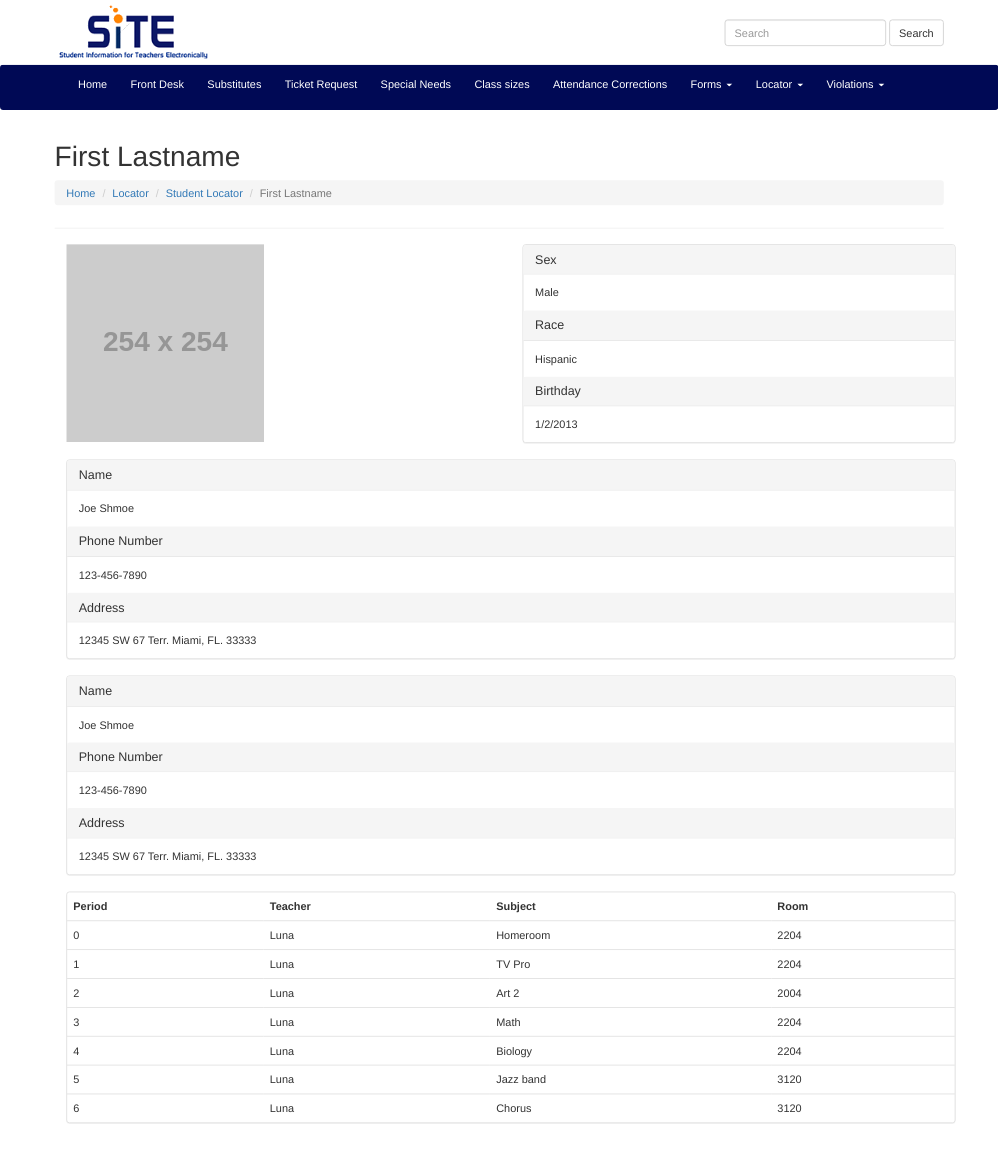
Repository: theFeez/S.I.T.E.
Page: workspace/student.html
The author's editor kept a record of every edit. The page is drawn from the files as they stood at one moment, then again after the next edit.
The browser window is 1280 px wide. The pictures show the whole page, at 78% of full size.
Some web libraries are served in a nearby version.

Above is the page before.

### workspace/student.html
<!DOCTYPE html>
<html lang="en">

<head>
  <meta charset="utf-8">
  <meta http-equiv="X-UA-Compatible" content="IE=edge">
  <meta name="viewport" content="width=device-width, initial-scale=1">
  <title>S.I.T.E</title>

  <!-- Bootstrap -->
  <link href="css/bootstrap.css" rel="stylesheet">

  <!--[if lt IE 9]>
      <script src="https://oss.maxcdn.com/html5shiv/3.7.2/html5shiv.min.js"></script>
      <script src="https://oss.maxcdn.com/respond/1.4.2/respond.min.js"></script>
    <![endif]-->
</head>

<body>
  <!-- Static header -->
  <div id="header">
    <nav class="navbar navbar-default navbar-white navbar-static-top">
      <div class="container">
        <div class="navbar-header">
          <a class="navbar-left" img="#"><img alt="Logo" src="images/site.png" class="logo"></a>
        </div>
        <form class="navbar-form navbar-right" role="search">
          <div class="form-group">
            <input type="text" class="form-control" placeholder="Search">
          </div>
          <button type="submit" class="btn btn-default">Search</button>
        </form>
      </div>
    </nav>
  </div>
  <div id="fixed">

  </div>
  <!-- Static navbar -->
  <nav class="navbar navbar-default nav_bar" style="margin-bottom:0">
    <div class="container">
      <div class="navbar-header">
        <button type="button" class="navbar-toggle collapsed" data-toggle="collapse" data-target="#bs-example-navbar-collapse-1" aria-expanded="false">
          <span class="sr-only">Toggle navigation</span>
          <span class="icon-bar"></span>
          <span class="icon-bar"></span>
          <span class="icon-bar"></span>
        </button>
        <div class="collapse navbar-collapse" id="bs-example-navbar-collapse-1">
          <ul class="nav navbar-nav">
            <!--HOME ACTIVE BTN--->
            <li><a href="main.html">Home </a></li>


            <!-- FRONT DESK BTN--->
            <li><a href="front_desk.html">Front Desk<span class="sr-only">(current)</span></a></li>

            <!-- SUBSTITUTE BTN--->
            <li><a href="substitutes.html">Substitutes</a></li>

            <!-- TICKET REQUEST BTN--->
            <li><a href="ticket_request.html">Ticket Request</a></li>

            <!-- SPECIAL NEEDS BTN--->
            <li><a href="special_needs.html">Special Needs</a></li>

            <!-- CLASS SIZE BTN--->
            <li><a href="class_sizes.html">Class sizes</a></li>

            <!-- ATTENDANCE CORRECTIONS BTN--->
            <li><a href="attendance_corrections.html">Attendance Corrections</a></li>

            <!-- FORMS DROPDOWN--->
            <li class="dropdown">
              <a href="#" class="dropdown-toggle" data-toggle="dropdown" role="button" aria-haspopup="true" aria-expanded="false">Forms <span class="caret"></span></a>
              <ul class="dropdown-menu">
                <li><a href="fieldtrip.html">Fieldtrip</a></li>
                <li><a href="prom_release.html">Prom Release</a></li>
                <li><a href="audit.html">Audit</a></li>
                <li role="separator" class="divider"></li>
                <li><a href="miscellaneous.html">Miscellaneous</a></li>
              </ul>

              <!-- FORMS DROPDOWN--->
              <li class="dropdown">
                <a href="#" class="dropdown-toggle" data-toggle="dropdown" role="button" aria-haspopup="true" aria-expanded="false">Locator <span class="caret"></span></a>
                <ul class="dropdown-menu">
                  <li><a href="student_locator.html">Student Locator</a></li>
                  <li><a href="teacher_locator.html">Teacher Locator</a></li>
                </ul>
              </li>
            <!-- VIOLATIONS BTN--->
              <li class="dropdown">
                <a href="#" class="dropdown-toggle" data-toggle="dropdown" role="button" aria-haspopup="true" aria-expanded="false">Violations <span class="caret"></span></a>
                <ul class="dropdown-menu">
                  <li><a href="uniform_violation.html">Uniform Violation</a></li>
                  <li><a href="detention.html">Detention</a></li>
                  <li><a href="suspension.html">Suspension</a></li>
                </ul>
              </li>
          </ul>
        </div>
      </div>
    </div>
  </nav>

  <div class="container">
    <div class="page-header">
      <h1>First Lastname</h1>
      <ol class="breadcrumb">
        <li><a href="#">Home</a></li>
        <li><a href="#">Locator</a></li>
        <li><a href="#">Student Locator</a></li>
        <li class="active">First Lastname</li>
      </ol>
    </div>
    <div class="container">
      <div class="row">
        <div class="col-xs-6">
          <img src="https://placehold.it/254x254">
        </div>
        <div class="col-xs-6">
            <div class="panel panel-default">
              <div class="panel-heading">
                <h3 class="panel-title">Sex</h3>
              </div>
              <div class="panel-body">
                Male
              </div>
              <div class="panel-heading">
                <h3 class="panel-title">Race</h3>
              </div>
              <div class="panel-body">
                Hispanic
              </div>
              <div class="panel-heading">
                <h3 class="panel-title">Birthday</h3>
              </div>
              <div class="panel-body">
                1/2/2013
              </div>
            </div>
          </div>
          <div class="col-xs-6 col-sm-4">

        </div>

      </div> <!---End of Row 1-->

      <div class="row">
        <div class="col-md-12">
            <div class="panel panel-default">
              <div class="panel-heading">
                <h3 class="panel-title">Name</h3>
              </div>
              <div class="panel-body">
                Joe Shmoe
              </div>
              <div class="panel-heading">
                <h3 class="panel-title">Phone Number</h3>
              </div>
              <div class="panel-body">
                123-456-7890
              </div>
              <div class="panel-heading">
                <h3 class="panel-title">Address</h3>
              </div>
              <div class="panel-body">
                12345 SW 67 Terr. Miami, FL. 33333
              </div>
            </div>
          </div>
          <div class="col-xs-6 col-sm-4">

        </div>

      </div> <!--- End of Row2 -->

      <div class="row">
        <div class="col-md-12">
            <div class="panel panel-default">
              <div class="panel-heading">
                <h3 class="panel-title">Name</h3>
              </div>
              <div class="panel-body">
                Joe Shmoe
              </div>
              <div class="panel-heading">
                <h3 class="panel-title">Phone Number</h3>
              </div>
              <div class="panel-body">
                123-456-7890
              </div>
              <div class="panel-heading">
                <h3 class="panel-title">Address</h3>
              </div>
              <div class="panel-body">
                12345 SW 67 Terr. Miami, FL. 33333
              </div>
            </div>
          </div>
          <div class="col-xs-6 col-sm-4">

        </div>

      </div> <!--- End of Row2 -->

      <div class="panel panel-default">
  <!-- Default panel contents -->

  <!-- Table -->
  <table class="table">
    <tr>
    <th>Period</th>
    <th>Teacher</th>
    <th>Subject</th>
    <th>Room</th>
  </tr>
  <tr>
    <td>0</td>
    <td>Luna</td>
    <td>Homeroom</td>
    <td>2204</td>
  </tr>
  <tr>
    <td>1</td>
    <td>Luna</td>
    <td>TV Pro</td>
    <td>2204</td>
  </tr>
  <tr>
    <td>2</td>
    <td>Luna</td>
    <td>Art 2</td>
    <td>2004</td>
  </tr>
  <tr>
    <td>3</td>
    <td>Luna</td>
    <td>Math</td>
    <td>2204</td>
  </tr>
  <tr>
    <td>4</td>
    <td>Luna</td>
    <td>Biology</td>
    <td>2204</td>
  </tr>
  <tr>
    <td>5</td>
    <td>Luna</td>
    <td>Jazz band</td>
    <td>3120</td>
  </tr>
  <tr>
    <td>6</td>
    <td>Luna</td>
    <td>Chorus</td>
    <td>3120</td>
  </tr>
  </table>
</div>

    </div>

  <!-- jQuery (necessary for Bootstrap's JavaScript plugins) -->
  <script src="https://ajax.googleapis.com/ajax/libs/jquery/1.11.3/jquery.min.js"></script>
  <script src="script.js"></script>
  <!-- Include all compiled plugins (below), or include individual files as needed -->
  <script src="js/bootstrap.min.js"></script>
</body>
</html>

### workspace/script.js
    $(function () {
		function closeSearch() {
            var $form = $('.navbar-collapse form[role="search"].active')
    		$form.find('input').val('');
			$form.removeClass('active');
		}

		// Show Search if form is not active // event.preventDefault() is important, this prevents the form from submitting
		$(document).on('click', '.navbar-collapse form[role="search"]:not(.active) button[type="submit"]', function(event) {
			event.preventDefault();
			var $form = $(this).closest('form'),
				$input = $form.find('input');
			$form.addClass('active');
			$input.focus();
		});
		// ONLY FOR DEMO // Please use $('form').submit(function(event)) to track from submission
		// if your form is ajax remember to call `closeSearch()` to close the search container
		$(document).on('click', '.navbar-collapse form[role="search"].active button[type="submit"]', function(event) {
			event.preventDefault();
			var $form = $(this).closest('form'),
				$input = $form.find('input');
			$('#showSearchTerm').text($input.val());
            closeSearch()
		});
    });

    // fixes the navbar thing to stick to top
    $(document).ready(function() {
  $(window).scroll(function () {

      //if you hard code, then use console
      //.log to determine when you want the
      //nav bar to stick.
    if ($(window).scrollTop() > 71) {
    	$('#fixed').show();
      $('.nav_bar').addClass('navbar-fixed-top');
    }

    if ($(window).scrollTop() < 71) {
    	$('#fixed').hide();
      $('.nav_bar').removeClass('navbar-fixed-top');
    }
  });
});


//smooth scroll to top
$("#homebtn").click(function() {
    $('html, body').animate({
        scrollTop: $("#header").offset().top
    }, 500);
});

//promt for password to exsit front desk kiosk
function passWord() {
var testV = 1;
var pass1 = prompt('Please Enter The Password',' ');
while (testV < 2) {
if (!pass1)
window.open("front_desk.html","_self");
if (pass1.toLowerCase() == "admin") {
window.open("main.html","_self");
break;
}
testV+=1;
var pass1 =
prompt('Access Denied - Password Incorrect, Please Try Again.','Password');
}
if (pass1.toLowerCase()!="password" & testV ==3)
history.go(-1);
return " ";
}

//for PTSA Page
var tabbed ="shop";
$("#donate").click(function(){
    $("#shopbody").hide();
    $("#paybody").hide();
    $("#"+tabbed).removeClass('active');
    $("#donate").addClass('active');
    $("#donatebody").show();
    tabbed="donate";
});

$("#payment").click(function(){
    $("#shopbody").hide();
    $("#donatebody").hide();
    $("#"+tabbed).removeClass('active');
    $("#payment").addClass('active');
    $("#paybody").show();
    tabbed="payment";
});

$("#shop").click(function(){
    $("#donatebody").hide();
    $("#paybody").hide();
    $("#"+tabbed).removeClass('active');
    $("#shopbody").show();
    $("#shop").addClass('active');
    tabbed="shop";
});

 function paygood(){
    $("#paybanner").fadeIn(1000).delay(2000).fadeOut(3000);
}

Loaded but not shown: workspace/css/bootstrap.css (library); workspace/js/bootstrap.min.js (library)

After the next edit:
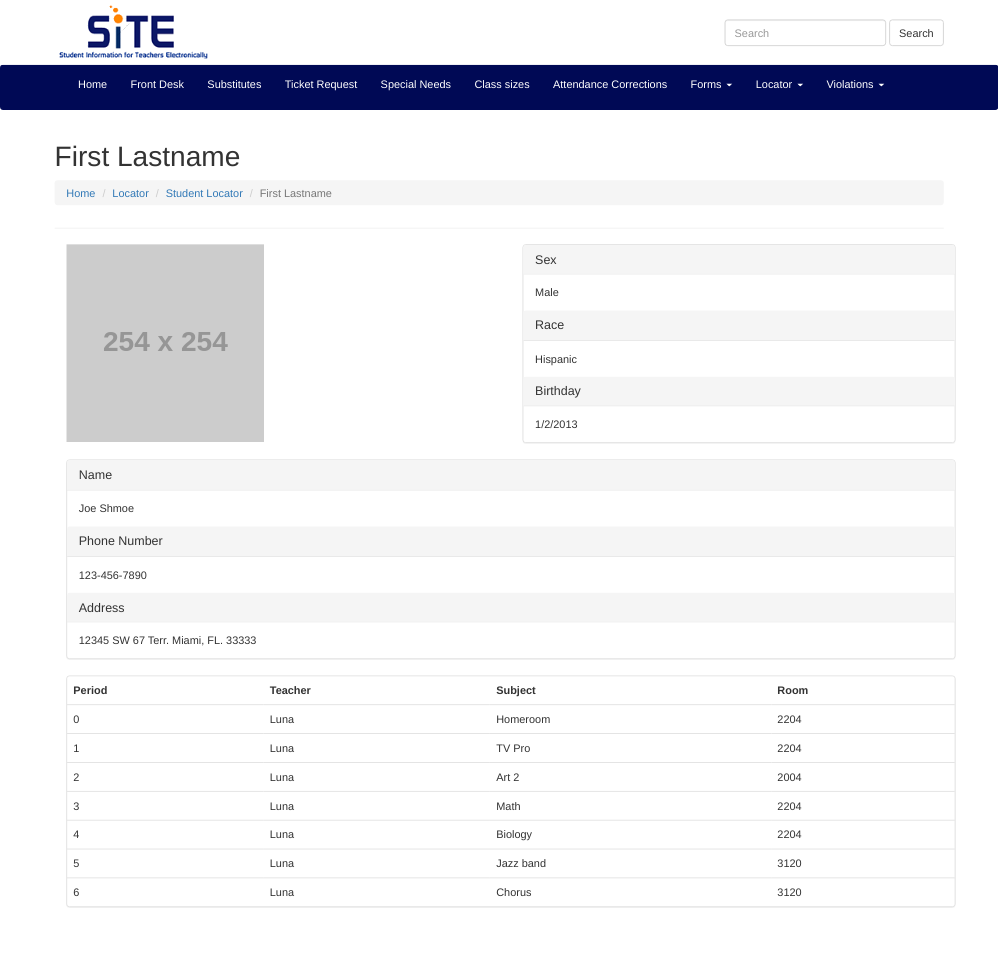
The edit:
--- a/workspace/student.html
+++ b/workspace/student.html
@@ -176,35 +176,6 @@
 
       </div> <!--- End of Row2 -->
 
-      <div class="row">
-        <div class="col-md-12">
-            <div class="panel panel-default">
-              <div class="panel-heading">
-                <h3 class="panel-title">Name</h3>
-              </div>
-              <div class="panel-body">
-                Joe Shmoe
-              </div>
-              <div class="panel-heading">
-                <h3 class="panel-title">Phone Number</h3>
-              </div>
-              <div class="panel-body">
-                123-456-7890
-              </div>
-              <div class="panel-heading">
-                <h3 class="panel-title">Address</h3>
-              </div>
-              <div class="panel-body">
-                12345 SW 67 Terr. Miami, FL. 33333
-              </div>
-            </div>
-          </div>
-          <div class="col-xs-6 col-sm-4">
-
-        </div>
-
-      </div> <!--- End of Row2 -->
-
       <div class="panel panel-default">
   <!-- Default panel contents -->
 
